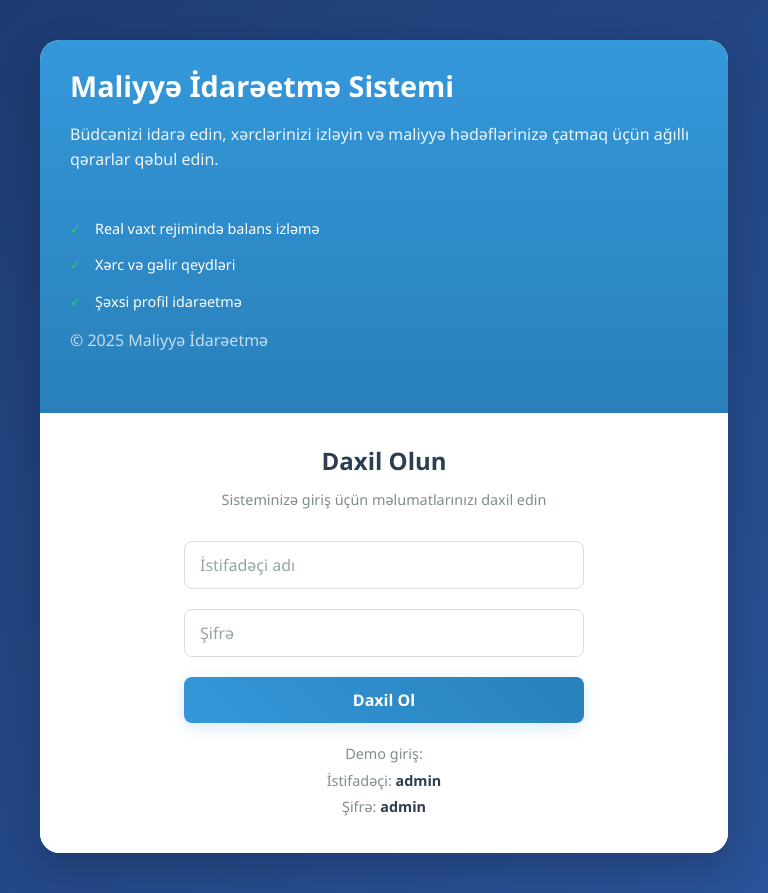
Repository: ferhadsultan98/financialmanagement
Page: /login
These files come from the project's save history. The page is drawn as it stood at one moment and after the next save; the edit follows.
The browser window is 768 px wide. The pictures show the whole page.
The project was rebuilt for these pictures with package versions that can differ from the ones it lists, and the page was loaded fresh each time. Also part of the build but not shown: vite.config.js, src/Styles/Sidebar.scss, src/Components/Sidebar/Navbar.jsx, src/Components/Sidebar/ProfileModal.jsx, src/Components/Sidebar/Sidebar.jsx, src/Components/Layout/MainLayout.jsx, src/Pages/Home/Home.jsx, src/Pages/AddExpense/AddExpense.jsx and 2 more.

Above is the page before, as saved 2025-03-24 00:04:41.

After the next save:
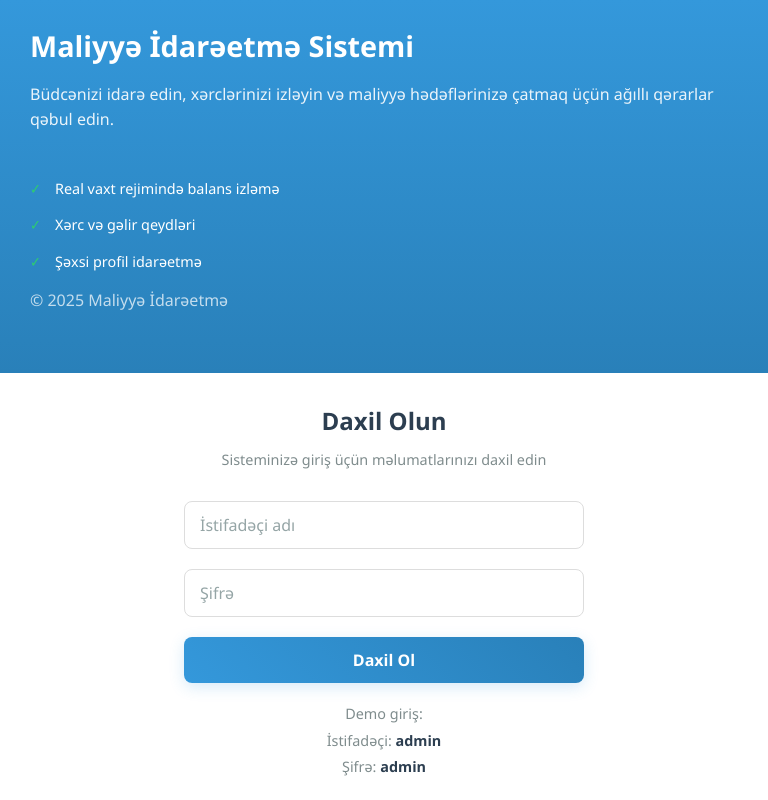
Saved 10 s later.
--- a/src/Components/Login/Login.scss
+++ b/src/Components/Login/Login.scss
@@ -1,21 +1,24 @@
 // src/components/Login/Login.scss
 .login-container {
-  min-height: 100vh;
+  height: 100vh; /* Full viewport height */
+  width: 100vw; /* Full viewport width */
   background: linear-gradient(135deg, #1e3c72 0%, #2a5298 100%);
   display: flex;
   align-items: center;
   justify-content: center;
-  padding: 20px;
+  margin: 0;
+  padding: 0;
+  overflow: hidden; /* Prevent scrolling */
 }
 
 .login-wrapper {
   display: flex;
-  width: 100%;
-  height: 100%;
+  width: 100%; /* Full width */
+  height: 100%; /* Full height */
   background: white;
-  border-radius: 20px;
+  border-radius: 0; /* Remove border radius for full-screen */
   overflow: hidden;
-  box-shadow: 0 15px 40px rgba(0, 0, 0, 0.2);
+  box-shadow: none; /* Remove shadow for full-screen effect */
 }
 
 .login-left {
@@ -26,7 +29,7 @@
   display: flex;
   flex-direction: column;
   justify-content: space-between;
-  height: 100%;
+  height: 100%; /* Full height of wrapper */
 
   h1 {
     font-size: 2.2rem;
@@ -74,7 +77,7 @@
   justify-content: center;
   background: white;
   padding: 40px;
-  height: 100%;
+  height: 100%; /* Full height of wrapper */
 
   .login-box {
     width: 100%;
@@ -165,8 +168,7 @@
 @media (max-width: 768px) {
   .login-wrapper {
     flex-direction: column;
-    height: auto;
-    margin: 20px;
+    height: 100%; /* Full height */
   }
 
   .login-left,
@@ -174,6 +176,7 @@
     flex: none;
     width: 100%;
     padding: 30px;
+    height: auto; /* Adjust height for stacking */
   }
 
   .login-left {
